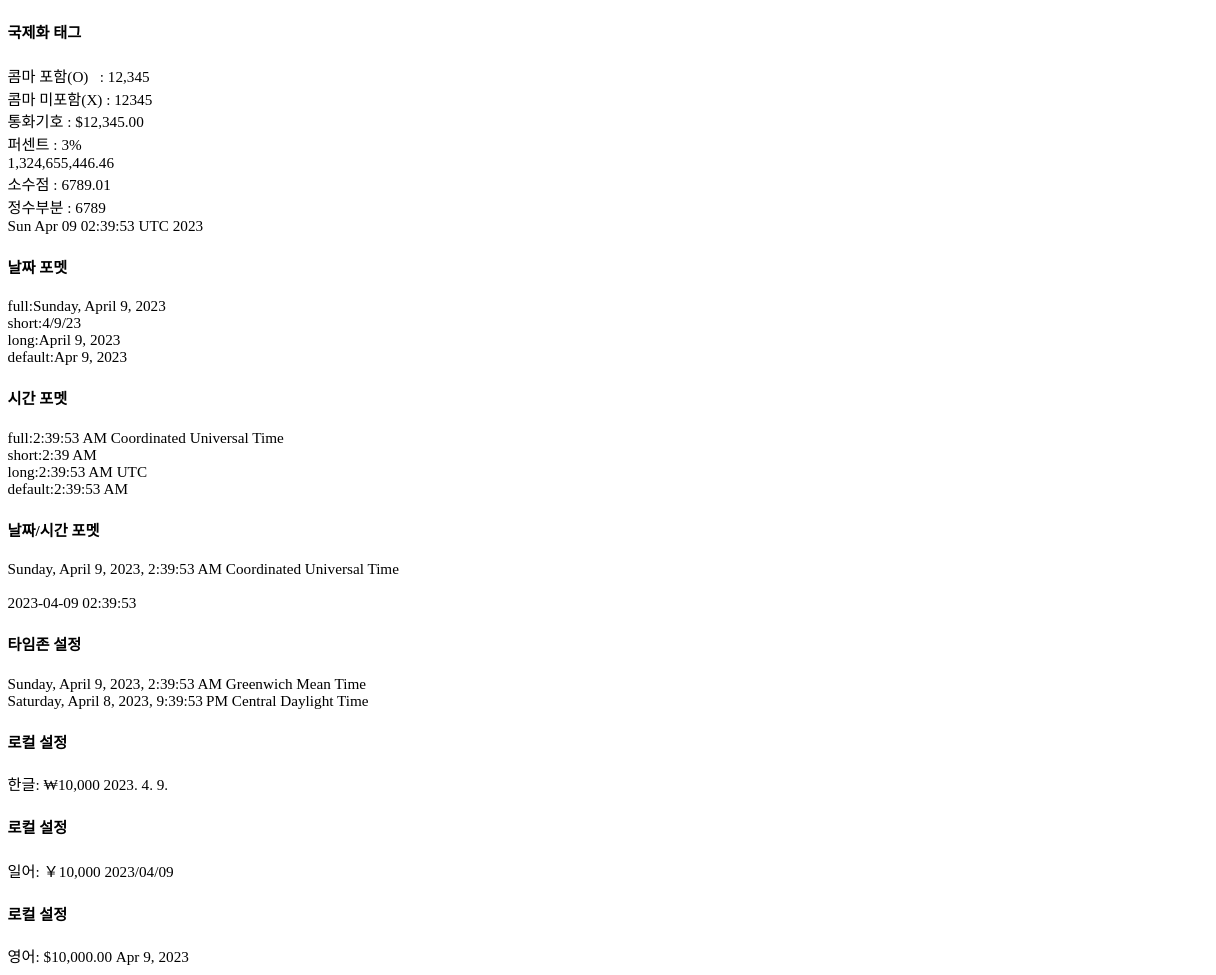
Repository: parkho96/testnum2
Page: http://localhost/jspstudy/11JSTL/Formatting.jsp
An editor plug-in stored every save of this project. The page is shown before and after the next save, followed by the edit.
The browser window is 1280 px wide. The pictures show the whole page, at 95% of full size.
The page is served by Tomcat 9.

Above is the page before, as saved 2023-04-10 07:13:02.

After the next save:
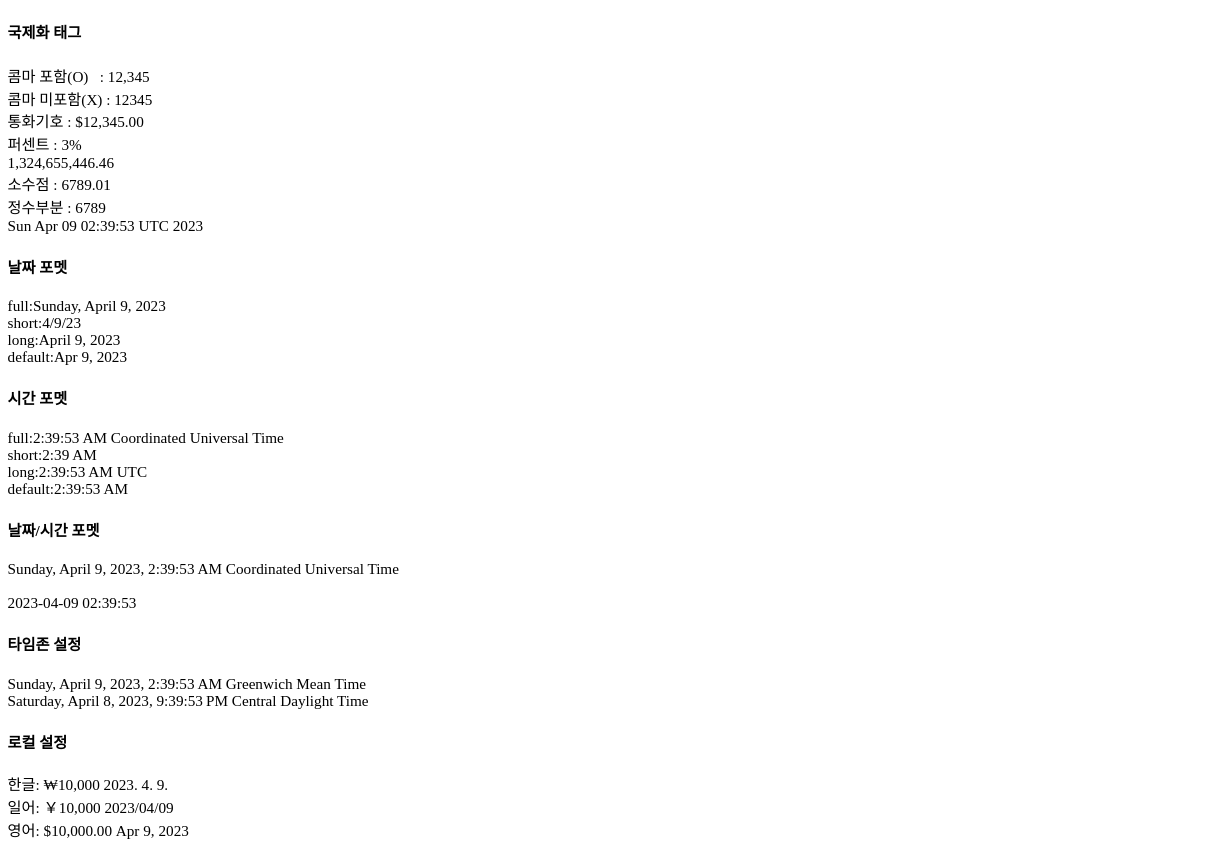
Saved 3 min 41 s later.
--- a/workjsp/jspstudy/src/main/webapp/11JSTL/Formatting.jsp
+++ b/workjsp/jspstudy/src/main/webapp/11JSTL/Formatting.jsp
@@ -64,11 +64,9 @@
 	한글: <fmt:setLocale value="ko_kr"/>
 	<fmt:formatNumber value="10000" type="currency"/>
 	<fmt:formatDate value="${today}"/><br>
-	<h4>로컬 설정</h4>
 	일어: <fmt:setLocale value="ja_JP"/>
 	<fmt:formatNumber value="10000" type="currency"/>
 	<fmt:formatDate value="${today}"/><br>
-	<h4>로컬 설정</h4>
 	영어: <fmt:setLocale value="en_US"/>
 	<fmt:formatNumber value="10000" type="currency"/>
 	<fmt:formatDate value="${today}"/><br>
